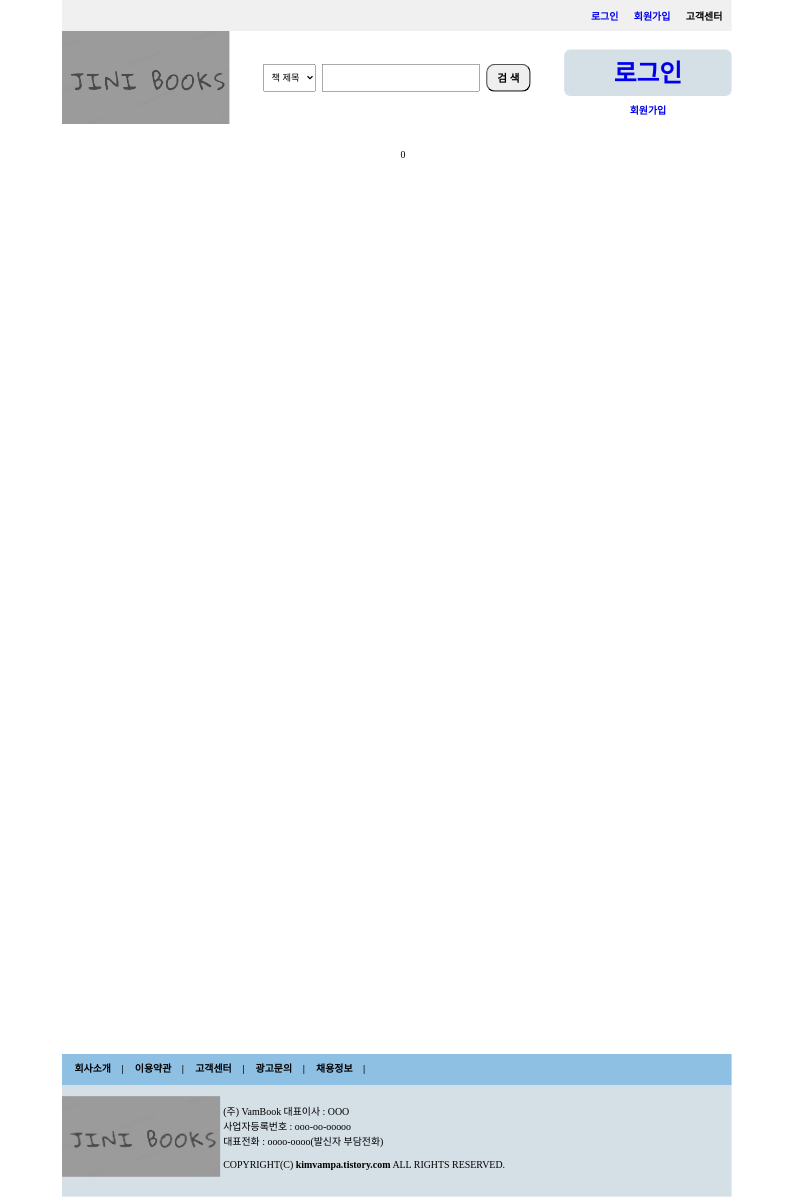
Repository: leechanjin7/ShoppingMall
Page: http://localhost/ShoppingMall/WEB-INF/views/search.jsp
The author's editor kept a copy of each file at every save. The page is drawn from the files as they stood at one save, then again after the next save.
The browser window is 1280 px wide. The pictures show the whole page, at 62% of full size.
The page is served by Tomcat 9. Nobody is signed in. The template is opened directly, without the code that normally fills it, so the values that code supplies are empty.

Above is the page before, as saved 2023-09-12 01:25:36.

After the next save:
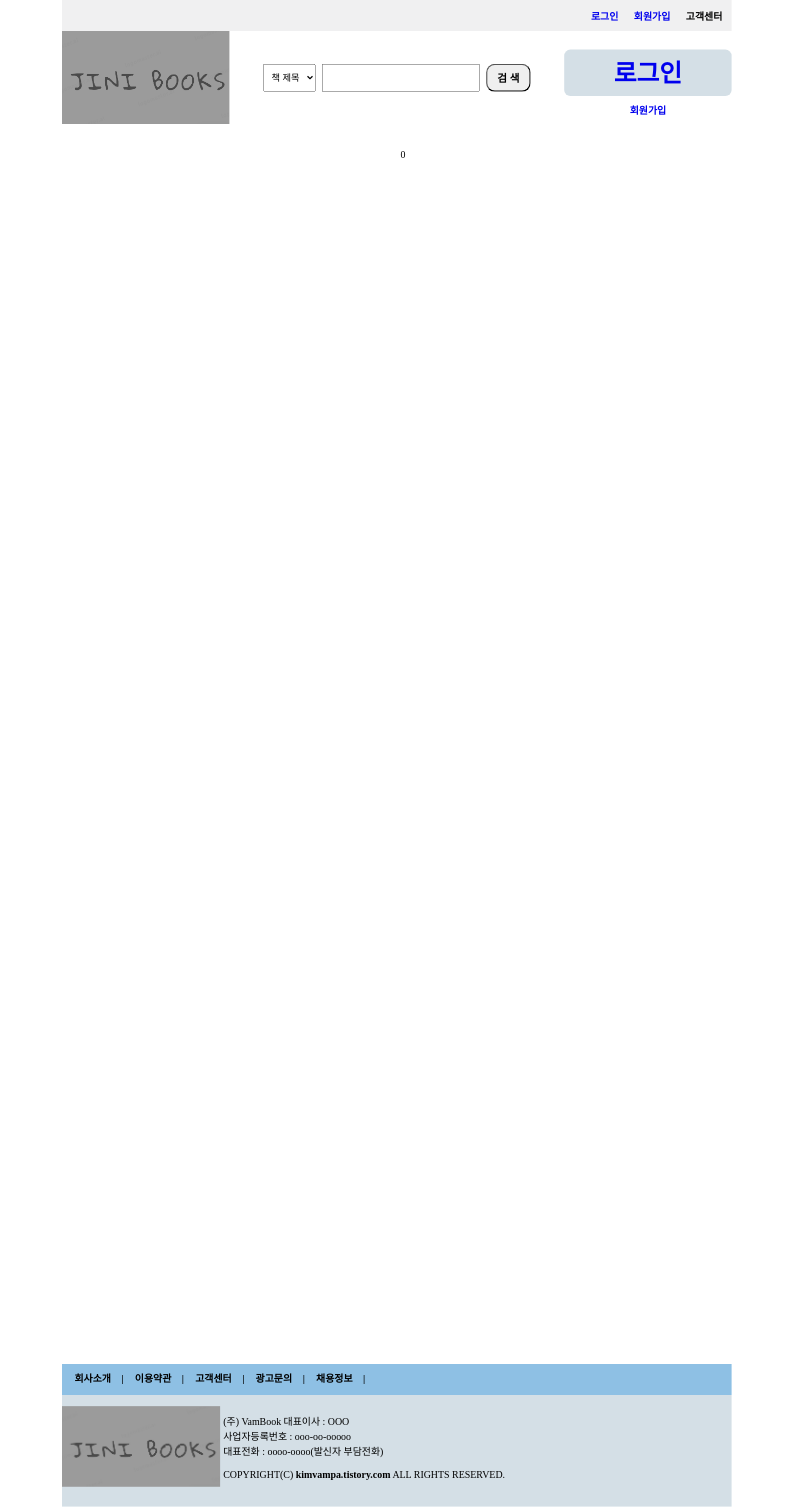
Saved 12 s later.
--- a/workspace/ShoppingMall/src/main/webapp/resources/css/search.css
+++ b/workspace/ShoppingMall/src/main/webapp/resources/css/search.css
@@ -292,7 +292,7 @@ a {
 	height: 50px;
 	position : relative;
 	clear : both;
-	margin-top:500px;
+	margin-top:1000px;
 }
 
 .footer_nav_container {
